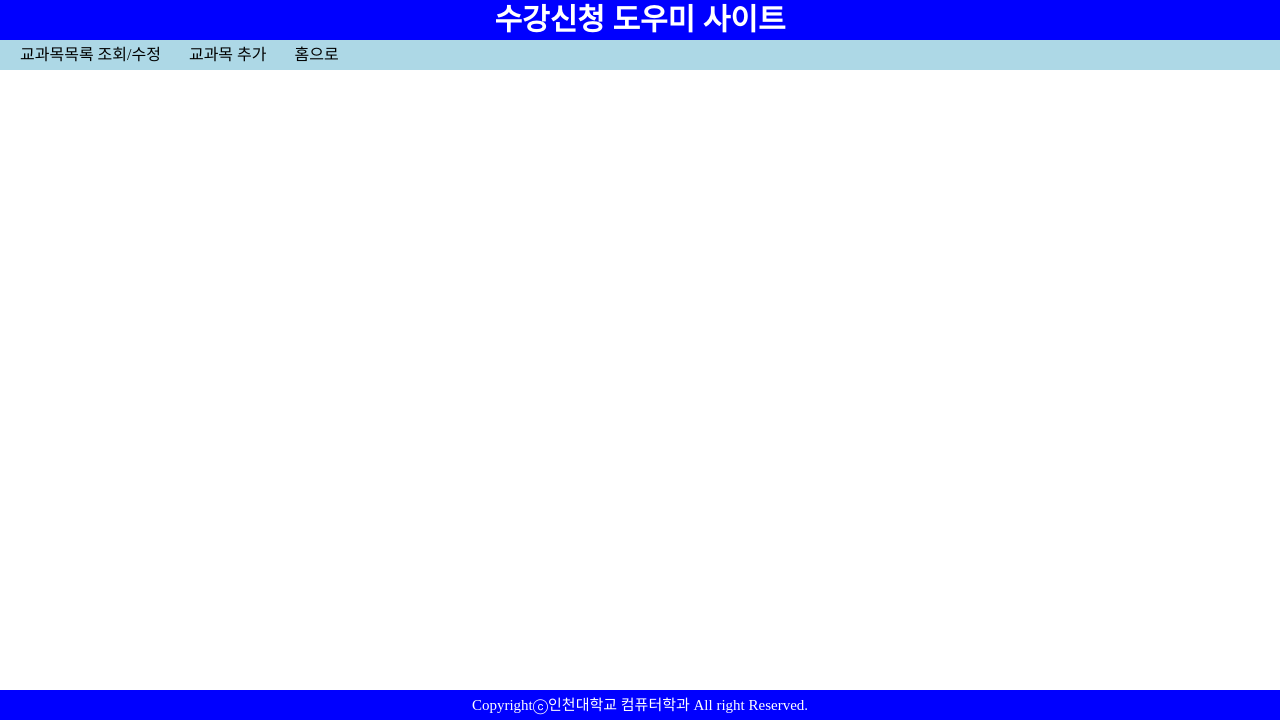
Repository: leesuyeon116/HRD_2
Page: http://localhost/HRD_0419/
The author's editor kept a copy of each file at every save. The page is drawn from the files as they stood at one save, then again after the next save.
The browser window is 1280 px wide. The pictures show the whole page.
The page is served by Tomcat 9.

Above is the page before, as saved 2024-04-19 04:27:16.

After the next save:
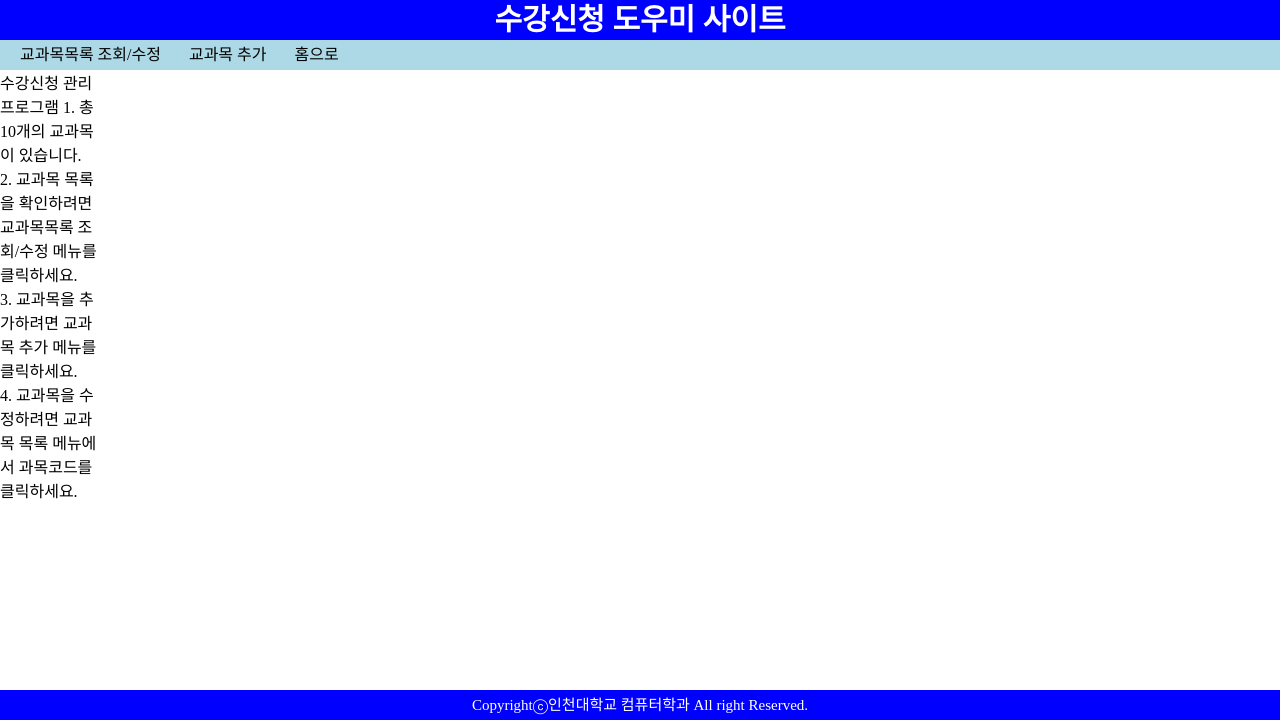
Saved 8 min 20 s later.
--- a/HRD_0419/src/main/webapp/index.jsp
+++ b/HRD_0419/src/main/webapp/index.jsp
@@ -9,9 +9,15 @@
 <body>
 	<jsp:include page="header.jsp"></jsp:include>
 
+		<section style="position: fixed; top: 70px; left:0px; width: 100px; height: 100%; background-color:  ">
+		수강신청 관리 프로그램
+		1. 총 10개의 교과목이 있습니다.<br>
+		2. 교과목 목록을 확인하려면 교과목목록 조회/수정 메뉴를 클릭하세요.<br>
+		3. 교과목을 추가하려면 교과목 추가 메뉴를 클릭하세요.<br>
+		4. 교과목을 수정하려면 교과목 목록 메뉴에서 과목코드를 클릭하세요.<br>
 
 
-
+		</section>
 	<jsp:include page="footer.jsp"></jsp:include>
 </body>
 </html>
